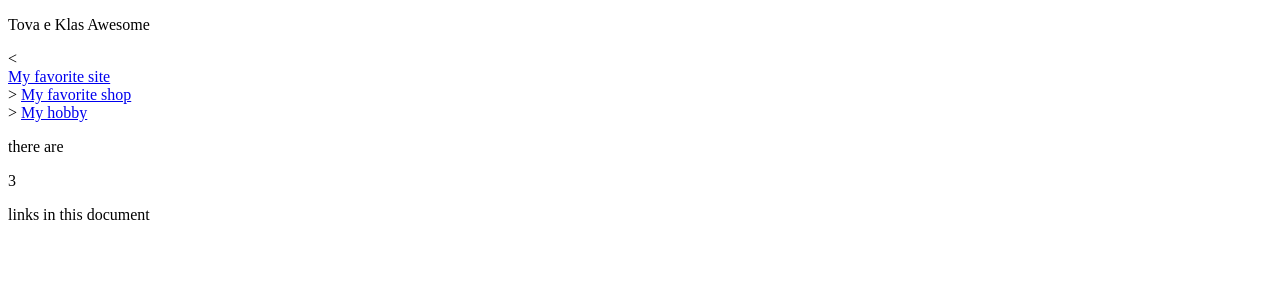
Repository: VladimirJetchev/JavaScriptHomework
Page: HomeworkJS/JSTask2/Task2.html
The author's editor kept a copy of each file at every save. The page is drawn from the files as they stood at one save, then again after the next save.
The browser window is 1280 px wide. The pictures show the whole page.

Above is the page before, as saved 2016-01-11 12:05:57.

After the next save:
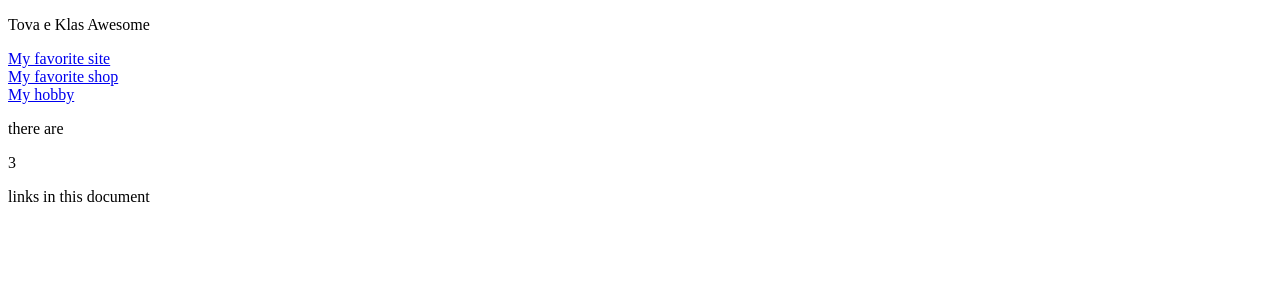
Saved 23 s later.
--- a/HomeworkJS/JSTask2/Task2.html
+++ b/HomeworkJS/JSTask2/Task2.html
@@ -7,12 +7,12 @@
 <body>
 	<div>
 		<p class="awesome">Tova e Klas Awesome</p>
-		<<div>
+		<div>
 			<a href="http://www.imdb.com/" "IMDB">My favorite site</a>
-		</div>>
+		</div>
 			<a href="http://olx.bg/" "OLX">My favorite shop</a>
 		</div>
-		</div>>
+		</div>
 			<a href="https://bg.wikipedia.org/wiki/%D0%A1%D1%82%D1%80%D0%B0%D0%B9%D0%BA%D0%B1%D0%BE%D0%BB" "Airsoft">My hobby</a>
 		</div>
 	</div>
